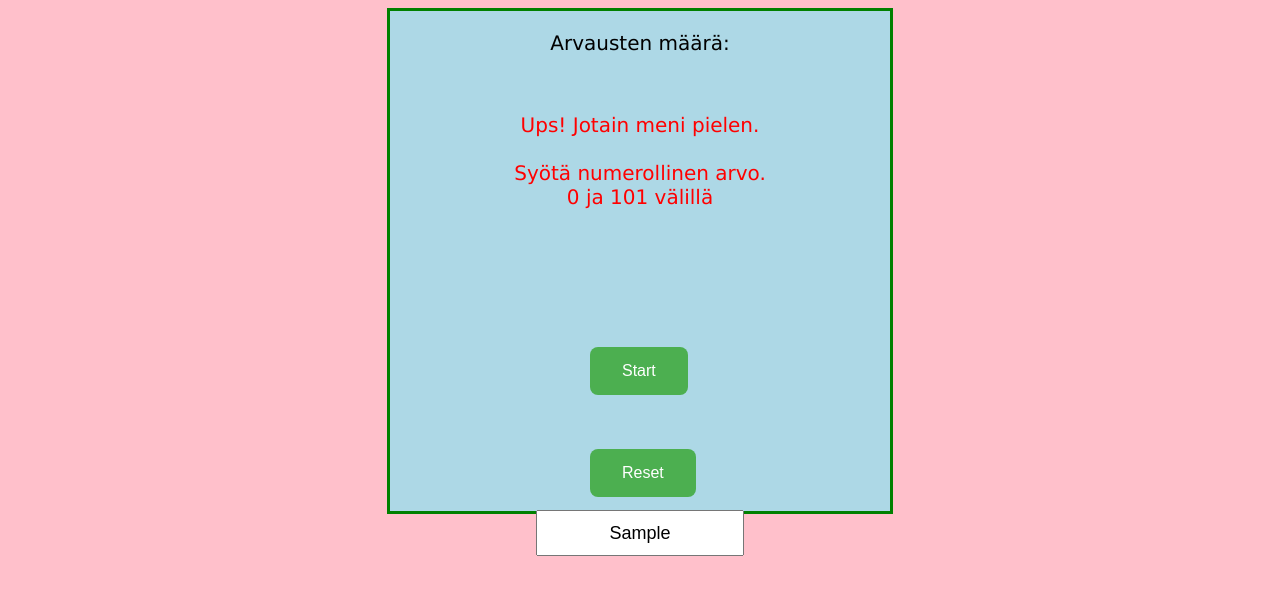
Repository: VadimZubchenko/numeronarvouspeli_JS
Page: public/index.html
An editor plug-in stored every save of this project. The page is shown before and after the next save, followed by the edit.
The browser window is 1280 px wide. The pictures show the whole page.
Empty fields were first filled with sample values (such as "Sample", 5 or name@example.com).
After loading, the first visible `#startGame` was clicked once.

Above is the page before, as saved 2022-04-28 10:10:02.
Console error: TypeError: Cannot set properties of null (setting 'innerHTML')

After the next save:
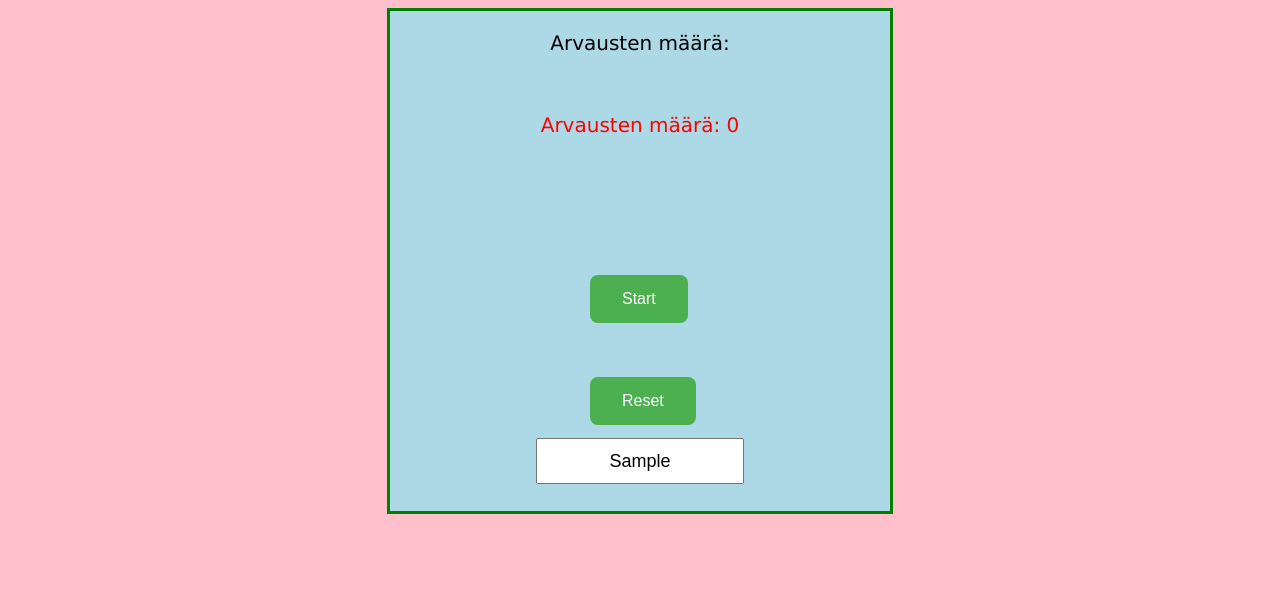
The error is gone.
Saved 32 s later.
--- a/public/script.js
+++ b/public/script.js
@@ -67,7 +67,7 @@ function startGame() {
     text.style.color = "red";
     document.body.style.backgroundColor = "pink";
   }
-  msg("Arvausten määrä: " + kpl);
+  msg("message", "Arvausten määrä: " + kpl);
   console.log("min:" + lastMin);
   console.log("max: :" + lastMax);
 }
